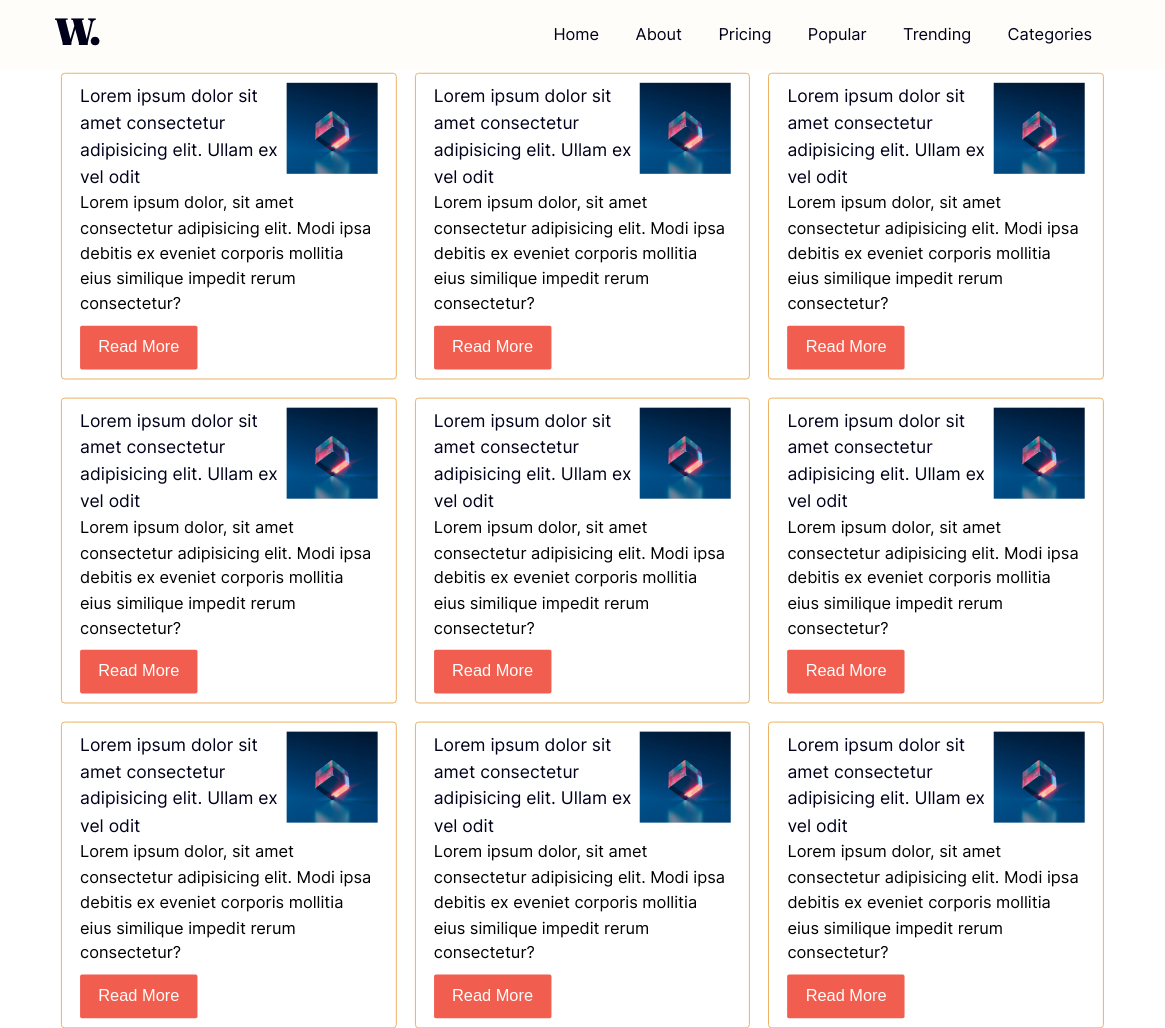
Repository: Benedict-Anthony/web3.0-blog-chain
Page: /trending
The author's editor kept a copy of each file at every save. The page is drawn from the files as they stood at one save, then again after the next save.
The browser window is 1280 px wide. The pictures show the whole page, at 91% of full size.
The project was rebuilt for these pictures with package versions that can differ from the ones it lists, and the page was loaded fresh each time. The framework's server and built-in components were replaced by stand-ins that run in the browser. Also part of the build but not shown: next.config.js, styles/styles.css.

Above is the page before, as saved 2022-12-21 03:16:44.

After the next save:
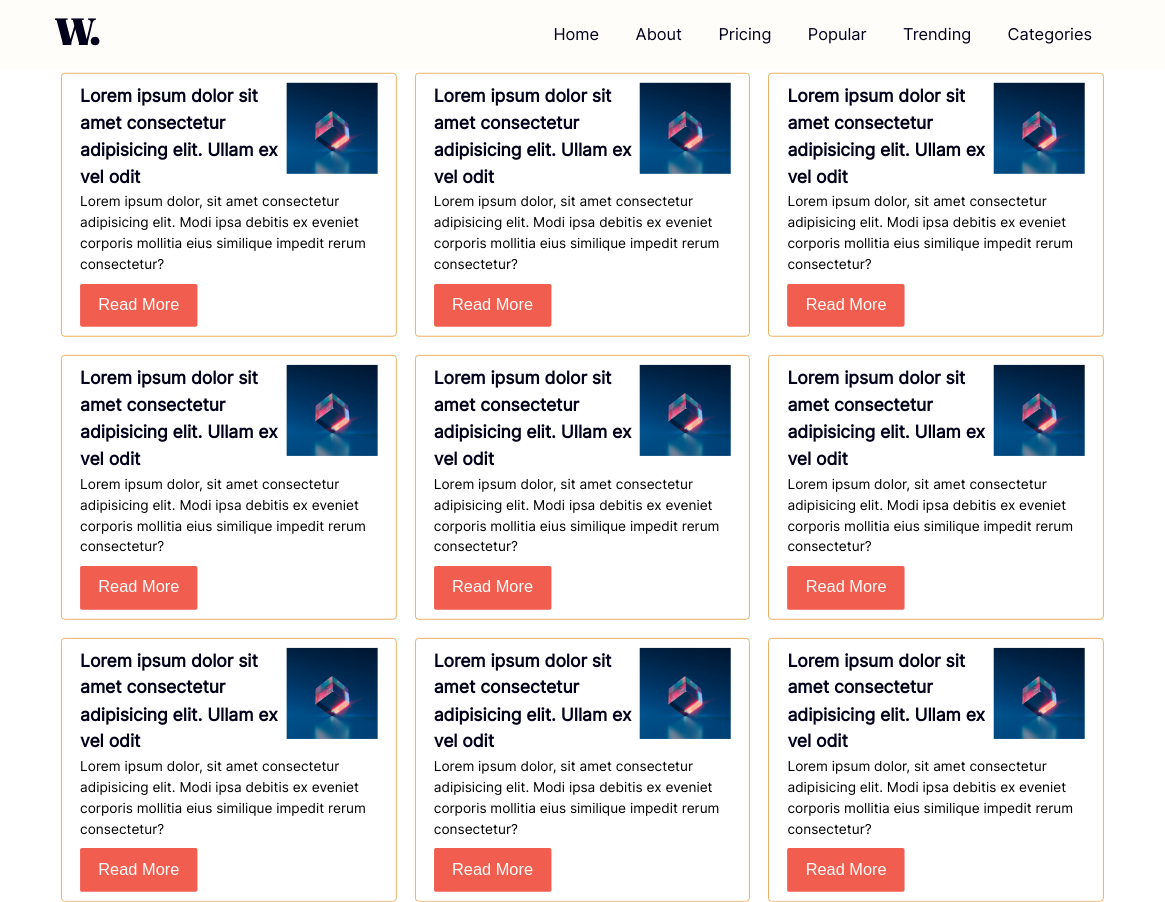
Saved 19 s later.
--- a/styles/Trending.module.scss
+++ b/styles/Trending.module.scss
@@ -17,14 +17,14 @@
 
         }
         h4{
-            font-weight: 400;
+            font-weight: 600;
             color: var(--VeryDarkBlue);
             font-size: 1.2rem;
         }
 
     }
     p{
-        font-size: 18px;
+        font-size: 15px;
     }
 
 
